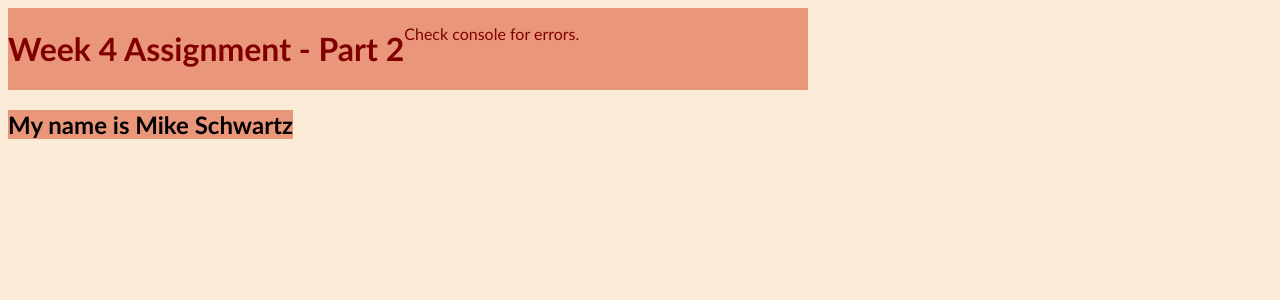
Repository: Ellusionism/prime-pw-week-4-assignment-part-2
Page: assignment/index.html
These files come from the project's save history. The page is drawn as it stood at one moment and after a run of saves; the edit follows.
The browser window is 1280 px wide. The pictures show the whole page.

Above is the page before, as saved 2022-11-16 17:56:53.

### assignment/index.html
<!DOCTYPE html>
<meta name="viewport" content="width=device-width">
<html lang="en-US">
  <head>
    <meta charset="utf-8">
    <title>Week 4 Assignment</title>
    <link rel="stylesheet" href="stylesheet.css">
    <!-- Create and CSS file -->
  </head>
  <body>
    <header class="homepageHeader">
      <h1>Week 4 Assignment - Part 2</h1>
      <p>Check console for errors.</p>
  </header>
  <div>
    <h2 class="info"> My name is Mike Schwartz </h2>
  </div>
  </body>
</html>

### assignment/stylesheet.css
body {
 font-family:'Trebuchet MS', 'Lucida Sans Unicode', 'Lucida Grande', 'Lucida Sans', Arial, sans-serif;
 background-color:antiquewhite;
}

.homepageHeader {
 background-color:darksalmon;
 text-align: center;
 width: 50em;
 display: inline-flex;
 color: maroon;
}

.info {
 background-color:darksalmon;
 padding: auto;
 display: inline-flex;
}

After the next 2 saves:
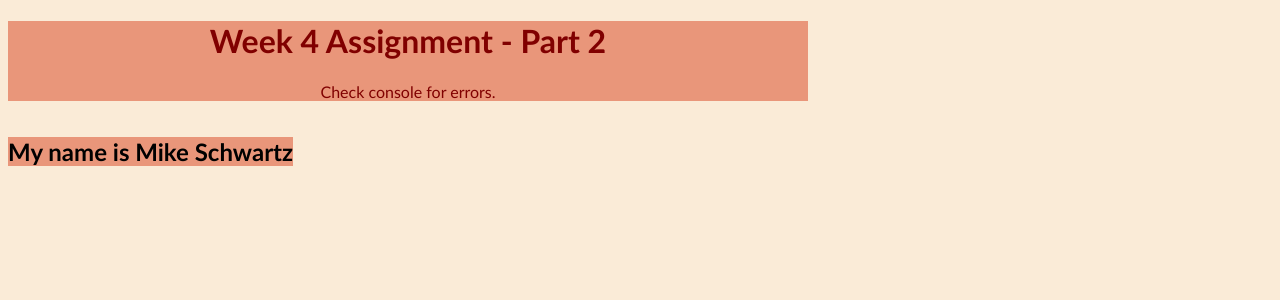
The 2 saves are shown as one change because they came seconds apart.
The last was saved 7 s later.
--- a/assignment/stylesheet.css
+++ b/assignment/stylesheet.css
@@ -6,8 +6,7 @@ body {
 .homepageHeader {
  background-color:darksalmon;
  text-align: center;
- width: 50em;
- display: inline-flex;
+ width: 50rem;
  color: maroon;
 }
 
